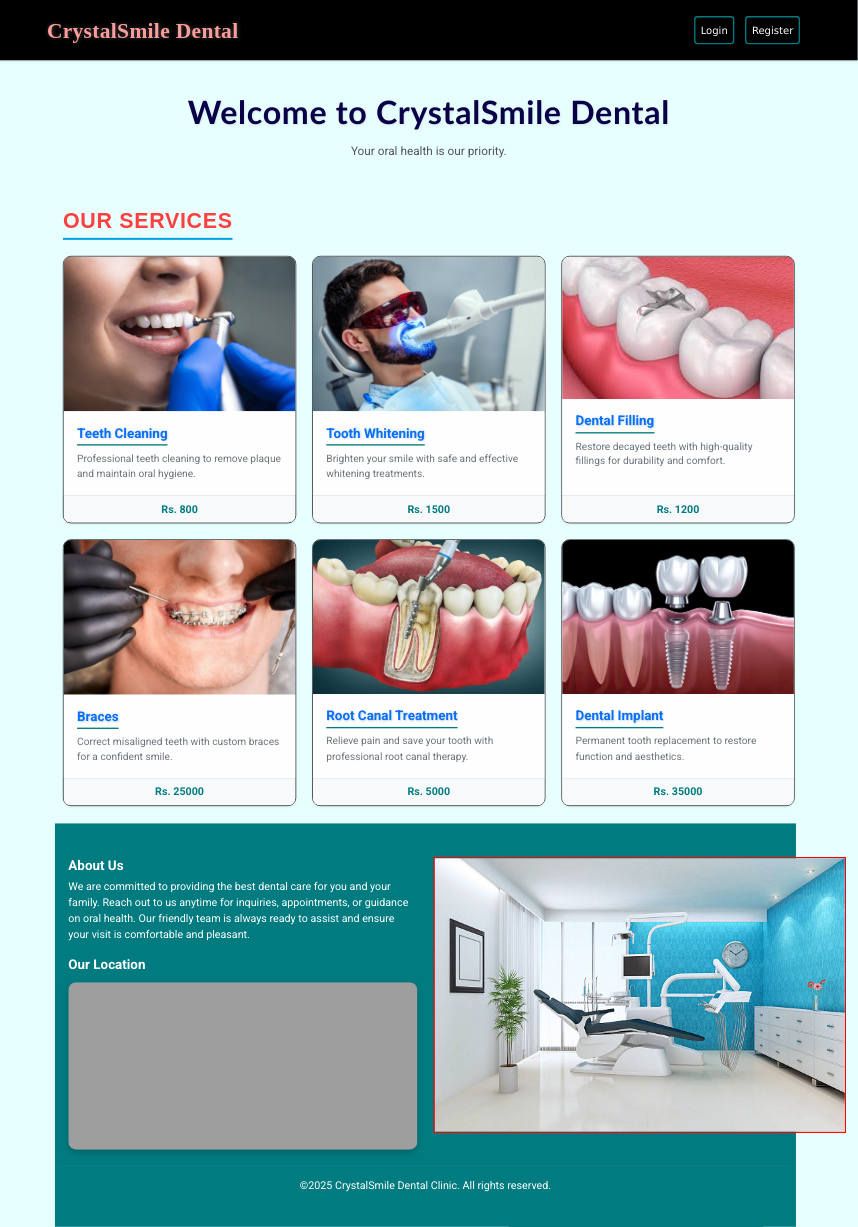
Repository: ashrayasjp/dentalclinicms
Page: dental_clinic_fyp/users/templates/users/home.html
These files come from the project's save history. The page is drawn as it stood at one moment and after a run of saves; the edit follows.
The browser window is 1280 px wide. The pictures show the whole page, at 67% of full size.
Pictures or frames that could not be fetched are drawn as grey boxes. Some web fonts or font styles are not loaded; a fallback is used. The template is drawn by Django 5.2. The application's start-up code is not run. Other server files are loaded and not shown. The template is opened directly, without the code that normally fills it, so the values that code supplies are empty.

Above is the page before, as saved 2025-11-04 12:19:38.
Console error: TypeError: Cannot read properties of null (reading 'style')

### dental_clinic_fyp/users/templates/users/home.html
{% extends "users/base.html" %}
{% block title %}Welcome to Dental Clinic{% endblock %}
{% load static %}

{% block content %}
{% if messages %}
  {% for message in messages %}
    <div class="alert
        {% if message.tags %}alert-{{ message.tags }}{% else %}alert-info{% endif %}
        alert-dismissible fade show" role="alert">
      {{ message }}
      <button type="button" class="btn-close" data-bs-dismiss="alert" aria-label="Close"></button>
    </div>
  {% endfor %}
{% endif %}


<div class="container text-center mt-5">
    <h1 class="text-center mb-3">
        Welcome to CrystalSmile Dental
    </h1>
    <p style="font-size:1.1rem; color:#555;">Your oral health is our priority.</p>
</div>



<!-- Our Services Section -->
<div class="container mt-5">
    <h2 class="text-center mb-4">Our Services</h2>

    <div class="row row-cols-1 row-cols-md-3 g-4" id="services-section" style="display:none;">
        <!-- Service 1 -->
        <div class="col">
            <div class="card h-100 shadow-sm"
                 style="border:1px solid #000; border-radius:12px; overflow:hidden; transition: transform 0.3s, box-shadow 0.3s;">
                <img src="{% static 'images/teeth_cleaning.jpg' %}" class="card-img-top" alt="Teeth Cleaning">
                <div class="card-body" style="background-color:#fefefe; padding:20px;">
                    <h5 class="card-title text-primary fw-bold mb-2"
                        style="border-bottom: 2px solid #007B7F; display:inline-block; padding-bottom:5px;">
                        Teeth Cleaning
                    </h5>
                    <p class="card-text text-secondary" style="font-size:0.95rem;">
                        Professional teeth cleaning to remove plaque and maintain oral hygiene.
                    </p>
                </div>
                <div class="card-footer text-center" style="background-color:#f8f9fa; font-weight:600; color:#007B7F;">
                    Rs. 800
                </div>
            </div>
        </div>

        <!-- Service 2 -->
        <div class="col">
            <div class="card h-100 shadow-sm"
                 style="border:1px solid #000; border-radius:12px; overflow:hidden; transition: transform 0.3s, box-shadow 0.3s;">
                <img src="{% static 'images/tooth_whitening.jpg' %}" class="card-img-top" alt="Tooth Whitening">
                <div class="card-body" style="background-color:#fefefe; padding:20px;">
                    <h5 class="card-title text-primary fw-bold mb-2"
                        style="border-bottom: 2px solid #007B7F; display:inline-block; padding-bottom:5px;">
                        Tooth Whitening
                    </h5>
                    <p class="card-text text-secondary" style="font-size:0.95rem;">
                        Brighten your smile with safe and effective whitening treatments.
                    </p>
                </div>
                <div class="card-footer text-center" style="background-color:#f8f9fa; font-weight:600; color:#007B7F;">
                    Rs. 1500
                </div>
            </div>
        </div>

        <!-- Service 3 -->
        <div class="col">
            <div class="card h-100 shadow-sm"
                 style="border:1px solid #000; border-radius:12px; overflow:hidden; transition: transform 0.3s, box-shadow 0.3s;">
                <img src="{% static 'images/filling.jpg' %}" class="card-img-top" alt="Dental Filling">
                <div class="card-body" style="background-color:#fefefe; padding:20px;">
                    <h5 class="card-title text-primary fw-bold mb-2"
                        style="border-bottom: 2px solid #007B7F; display:inline-block; padding-bottom:5px;">
                        Dental Filling
                    </h5>
                    <p class="card-text text-secondary" style="font-size:0.95rem;">
                        Restore decayed teeth with high-quality fillings for durability and comfort.
                    </p>
                </div>
                <div class="card-footer text-center" style="background-color:#f8f9fa; font-weight:600; color:#007B7F;">
                    Rs. 1200
                </div>
            </div>
        </div>

        <!-- Service 4 -->
        <div class="col">
            <div class="card h-100 shadow-sm"
                 style="border:1px solid #000; border-radius:12px; overflow:hidden; transition: transform 0.3s, box-shadow 0.3s;">
                <img src="{% static 'images/braces.jpg' %}" class="card-img-top" alt="Braces">
                <div class="card-body" style="background-color:#fefefe; padding:20px;">
                    <h5 class="card-title text-primary fw-bold mb-2"
                        style="border-bottom: 2px solid #007B7F; display:inline-block; padding-bottom:5px;">
                        Braces
                    </h5>
                    <p class="card-text text-secondary" style="font-size:0.95rem;">
                        Correct misaligned teeth with custom braces for a confident smile.
                    </p>
                </div>
                <div class="card-footer text-center" style="background-color:#f8f9fa; font-weight:600; color:#007B7F;">
                    Rs. 25000
                </div>
            </div>
        </div>

        <!-- Service 5 -->
        <div class="col">
            <div class="card h-100 shadow-sm"
                 style="border:1px solid #000; border-radius:12px; overflow:hidden; transition: transform 0.3s, box-shadow 0.3s;">
                <img src="{% static 'images/root_canal.jpg' %}" class="card-img-top" alt="Root Canal">
                <div class="card-body" style="background-color:#fefefe; padding:20px;">
                    <h5 class="card-title text-primary fw-bold mb-2"
                        style="border-bottom: 2px solid #007B7F; display:inline-block; padding-bottom:5px;">
                        Root Canal Treatment
                    </h5>
                    <p class="card-text text-secondary" style="font-size:0.95rem;">
                        Relieve pain and save your tooth with professional root canal therapy.
                    </p>
                </div>
                <div class="card-footer text-center" style="background-color:#f8f9fa; font-weight:600; color:#007B7F;">
                    Rs. 5000
                </div>
            </div>
        </div>

        <!-- Service 6 -->
        <div class="col">
            <div class="card h-100 shadow-sm"
                 style="border:1px solid #000; border-radius:12px; overflow:hidden; transition: transform 0.3s, box-shadow 0.3s;">
                <img src="{% static 'images/dental_implant.jpg' %}" class="card-img-top" alt="Dental Implant">
                <div class="card-body" style="background-color:#fefefe; padding:20px;">
                    <h5 class="card-title text-primary fw-bold mb-2"
                        style="border-bottom: 2px solid #007B7F; display:inline-block; padding-bottom:5px;">
                        Dental Implant
                    </h5>
                    <p class="card-text text-secondary" style="font-size:0.95rem;">
                        Permanent tooth replacement to restore function and aesthetics.
                    </p>
                </div>
                <div class="card-footer text-center" style="background-color:#f8f9fa; font-weight:600; color:#007B7F;">
                    Rs. 35000
                </div>
            </div>
        </div>

    </div>
</div>
<div class="row row-cols-1 row-cols-md-3 g-4 justify-content-center" id="doctors-container">
    <!-- JS will populate doctor cards here -->
  </div>
<script>
    async function fetchDoctors() {
        try {
            const response = await fetch("{% url 'appointments:all_doctors' %}")

            const doctors = await response.json();
            const container = document.getElementById('doctors-container');

            doctors.forEach(doc => {
                const col = document.createElement('div');
                col.className = 'col';

                const card = document.createElement('div');
                card.className = 'doctor-card';
                card.style.border = '1px solid #ccc';
                card.style.borderRadius = '12px';
                card.style.padding = '20px';
                card.style.textAlign = 'center';
                card.style.boxShadow = '0 4px 10px rgba(0,0,0,0.1)';
                card.style.marginBottom = '20px';

                const img = document.createElement('img');
                img.src = doc.profile_picture;
                img.alt = doc.full_name;
                img.style.width = '150px';
                img.style.height = '150px';
                img.style.borderRadius = '50%';
                img.style.objectFit = 'cover';
                img.style.marginBottom = '10px';
                img.style.border = '3px solid #007B7F';

                const name = document.createElement('h4');
                name.textContent = doc.full_name;
                name.style.color = '#002f5f';
                name.style.fontWeight = '700';
                name.style.marginBottom = '5px';

                const degree = document.createElement('p');
                degree.innerHTML = `<strong>Degree:</strong> ${doc.degree}`;

                const specialization = document.createElement('p');
                specialization.innerHTML = `<strong>Specialization:</strong> ${doc.specialization}`;

                const experience = document.createElement('p');
                experience.innerHTML = `<strong>Experience:</strong> ${doc.experience_years} years`;

                const bio = document.createElement('p');
                bio.innerHTML = `<strong>Bio:</strong> ${doc.bio}`;

                card.append(img, name, degree, specialization, experience, bio);
                col.appendChild(card);
                container.appendChild(col);
            });
        } catch (error) {
            console.error("Error fetching doctors:", error);
        }
    }

    document.addEventListener('DOMContentLoaded', fetchDoctors);
    </script>



<footer id="footer-section" style="background:#007B7F; color:white; padding:50px 20px; margin-top:50px;  margin-right:10px; display:none;">
    <div class="row">

        <!-- About Us -->
        <div class="col-md-6 mb-4">
            <h5 style="font-weight:700;">About Us</h5>
            <p>
                We are committed to providing the best dental care for you and your family.
                Reach out to us anytime for inquiries, appointments, or guidance on oral health.
                Our friendly team is always ready to assist and ensure your visit is comfortable and pleasant.
            </p>

            <!-- Google Maps -->
            <h5 style="font-weight:700; margin-top:20px; margin-bottom:15px;">Our Location</h5>
            <div style="width: 100%; height: 250px; border-radius:12px; overflow:hidden; box-shadow:0 4px 10px rgba(0,0,0,0.2);">
                <iframe
                    src="https://www.google.com/maps/embed?pb=!1m18!1m12!1m3!1d3532.7761952771157!2d85.31854881185906!3d27.693311276091404!2m3!1f0!2f0!3f0!3m2!1i1024!2i768!4f13.1!3m3!1m2!1s0x39eb19b032e93fc1%3A0x4a61dc499d928027!2sSt.%20Xavier%27s%20College!5e0!3m2!1sen!2snp!4v1760898158288!5m2!1sen!2snp"
                    width="100%"
                    height="100%"
                    style="border:0;"
                    allowfullscreen=""
                    loading="lazy"
                    referrerpolicy="no-referrer-when-downgrade">
                </iframe>
            </div>
        </div>

       <!-- Contact Form -->
<div class="col-md-6">
    <img src="{% static 'images/room.jpg' %}" style="border: 2px solid red;">
</div>


        <!-- Row 2: Map -->
    <hr style="border-color: rgba(255,255,255,0.3);">

        <div class="text-center">
            &copy;2025 CrystalSmile Dental Clinic. All rights reserved.
        </div>
    </div>
</footer>

<style>
    footer input, footer textarea {
        border-radius: 6px;
        border: 2px solid black;
        padding: 10px;
        width: 100%;
    }
    footer input:focus, footer textarea:focus {
        outline: none;
        box-shadow: 0 0 5px black;
    }
    footer button:hover {
        transform: translateY(-2px);
        transition: all 0.2s;
    }

    h1 {
        font-family: 'Calibri';
        font-size: 3rem;
        color: #0B0047;
        font-weight: 700;
        letter-spacing: 1px;
        text-shadow: 1px 1px 4px rgba(0, 0, 0, 0.1);
    }

    h2 {
        font-family: 'Nunito Sans', sans-serif;
        font-size: 2rem;
        font-weight: 700;
        color: #FF4040;
        text-transform: uppercase;
        letter-spacing: 1px;
        border-bottom: 3px solid #00a2e2;
        display: inline-block;
        padding-bottom: 6px;
        margin: 25px auto 40px auto;
        text-align: center;
    }

    #services-section .card:hover {
        transform: translateY(-5px);
        box-shadow: 0 10px 25px rgba(0, 123, 127, 0.3);
    }

    .card-title {
        text-shadow: 1px 1px 3px rgba(0,123,127,0.3);
    }
</style>

<script>
    window.addEventListener('load', function() {
        setTimeout(function() {
            const section = document.getElementById('services-section');
            section.style.display = 'flex';
            section.style.opacity = 0;
            let op = 0;
            const fade = setInterval(() => {
                if(op >= 1) clearInterval(fade);
                section.style.opacity = op;
                op += 0.05;
            }, 50);
        }, 1000);
    });

    window.addEventListener('load', function() {
        setTimeout(function() {
            const section = document.getElementById('services-section');
            section.style.display = 'flex';
            section.style.opacity = 0;
            let op = 0;
            const fade = setInterval(() => {
                if(op >= 1) clearInterval(fade);
                section.style.opacity = op;
                op += 0.05;
            }, 50);

            setTimeout(function() {
                const footer = document.getElementById('footer-section');
                footer.style.display = 'block';
                footer.style.opacity = 0;
                let fop = 0;
                const fadeFooter = setInterval(() => {
                    if(fop >= 1) clearInterval(fadeFooter);
                    footer.style.opacity = fop;
                    fop += 0.05;
                }, 30);
            }, 800);
        }, 1000);
    });
</script>
<script>
    window.addEventListener('load', function() {
        setTimeout(function() {
            const section = document.getElementById('doctors-section');
            let op = 0;
            const fade = setInterval(() => {
                if(op >= 1) clearInterval(fade);
                section.style.opacity = op;
                op += 0.05;
            }, 50);
        }, 1000); // fade in after 1 second
    });
    </script>


{% endblock %}

Loaded but not shown: dental_clinic_fyp/users/templates/users/base.html (217 lines, source omitted)

After the next 2 saves:
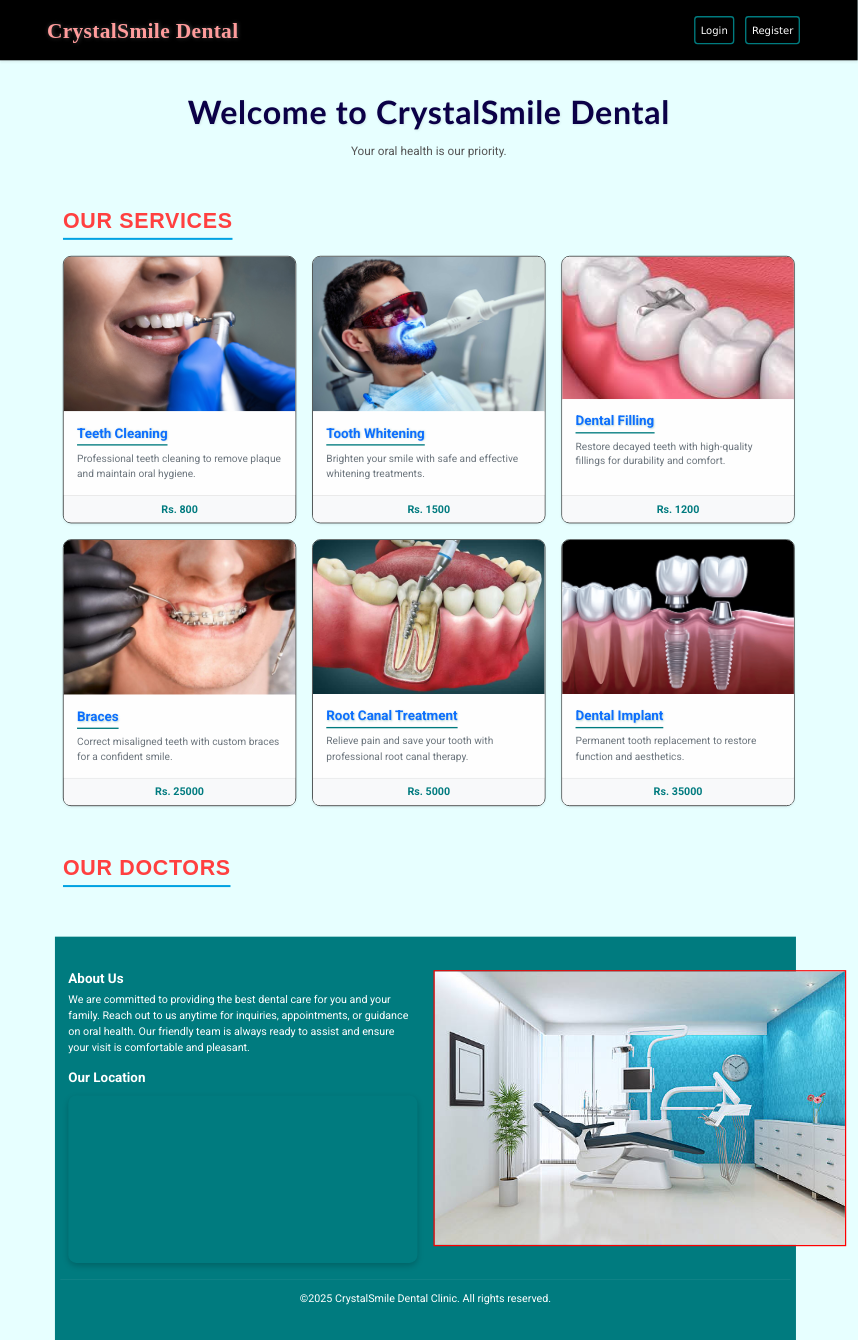
The 2 saves are shown as one change because 1 did not build or start.
The last was saved 2 min 48 s later.
--- a/dental_clinic_fyp/users/templates/users/home.html
+++ b/dental_clinic_fyp/users/templates/users/home.html
@@ -151,8 +151,11 @@
 
     </div>
 </div>
-<div class="row row-cols-1 row-cols-md-3 g-4 justify-content-center" id="doctors-container">
-    <!-- JS will populate doctor cards here -->
+<div class="container mt-5">
+    <h2 class="text-center mb-4">Our Doctors</h2>
+    <div class="row" id="doctors-container">
+      <!-- Doctor cards will be dynamically inserted here by JS -->
+    </div>
   </div>
 <script>
     async function fetchDoctors() {
